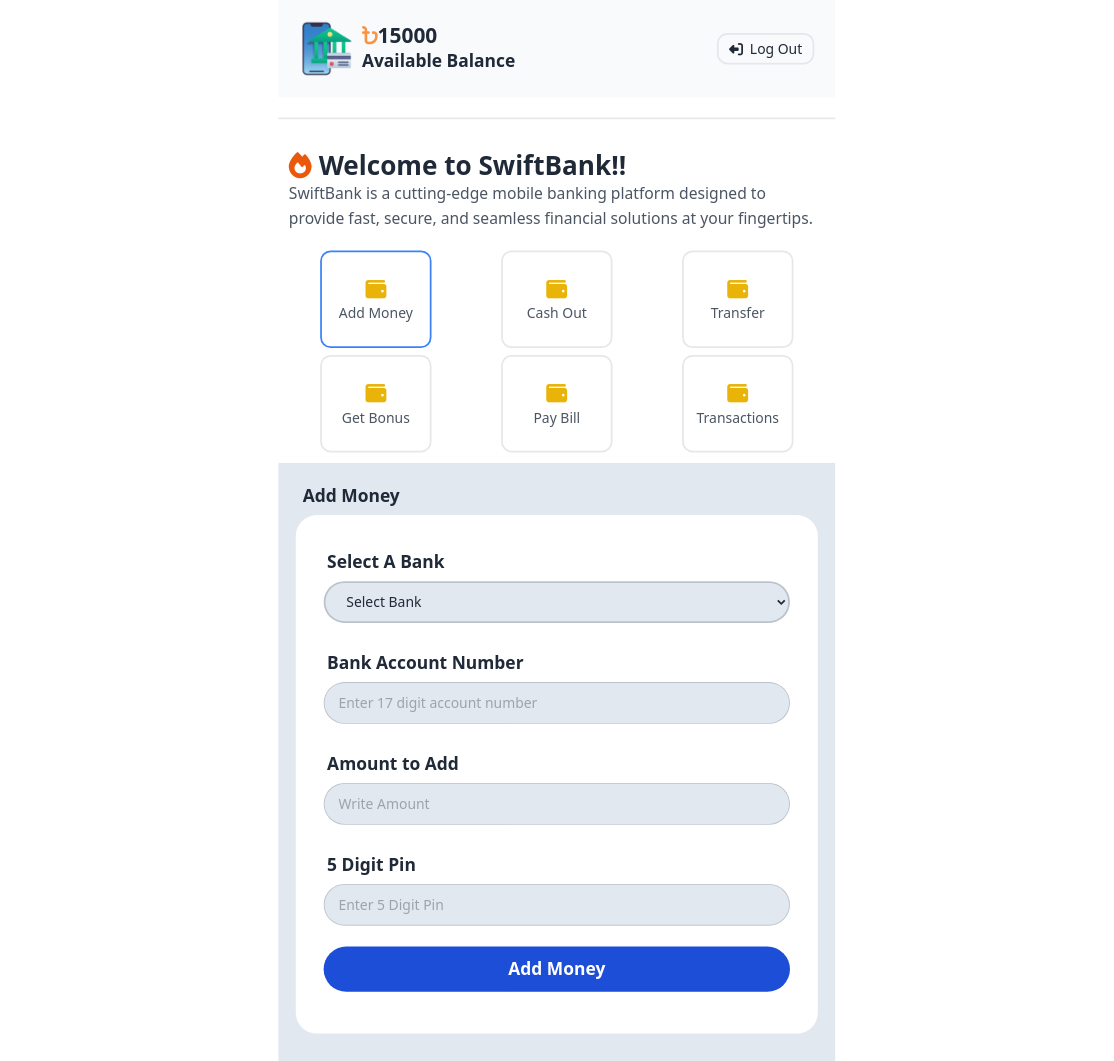
Repository: mukaddam-coder/swift-bank-mobile-banking
Page: home.html
The author's editor kept a copy of each file at every save. The page is drawn from the files as they stood at one save, then again after the next save.
The browser window is 1280 px wide. The pictures show the whole page, at 87% of full size.
Some web libraries are served in a nearby version.

Above is the page before, as saved 2024-12-16 23:26:58.

### home.html
<!DOCTYPE html>
<html lang="en">
<head>
    <meta charset="UTF-8">
    <meta name="viewport" content="width=device-width, initial-scale=1.0">
    <title>SwiftBank</title>
    <!-- Fontawesome CDN -->
    <script src="https://kit.fontawesome.com/c4e7b2ed2f.js" crossorigin="anonymous"></script>
    <!-- Google Fonts -->
    <link rel="preconnect" href="https://fonts.googleapis.com">
    <link rel="preconnect" href="https://fonts.gstatic.com" crossorigin>
    <link href="https://fonts.googleapis.com/css2?family=Montserrat:ital,wght@0,100..900;1,100..900&display=swap" rel="stylesheet">
    <!-- Tailwind + DaisyUi CDN -->
    <link href="https://cdn.jsdelivr.net/npm/daisyui@4.12.19/dist/full.min.css" rel="stylesheet" type="text/css" />
    <script src="https://cdn.tailwindcss.com"></script>

</head>
<body>

<main>
  <div class="w-1/2 mx-auto p-6 bg-slate-50 h-full flex justify-between items-center">
    <div class="flex gap-2">
        <!-- Logo -->
    <div>
    <img class="w-16 h-16" src="images/mobile-banking.png">
    </div>
    <div>
   <h2 class="text-2xl font-bold" id="main-balance">
   <i class="fa-solid fa-bangladeshi-taka-sign text-orange-400"></i>15000</h2>
   <p class="font-semibold text-xl">Available Balance</p>
</div>
</div>
<div>
<button class="border-2 w-28 px-1 py-1 rounded-xl"> <i class="fa-solid fa-right-from-bracket rotate-180 mr-2"></i>Log Out</button>
</div>
        </div>
    <div class="divider w-1/2 mx-auto"></div>
    <!-- Greetings Section -->
        <section class="w-1/2 mx-auto p-3">
            <h1 class="font-bold text-3xl"><i class="fa-solid fa-fire text-orange-600 text-3xl mr-2"></i>Welcome to SwiftBank!!</h1>
            <p class="text-gray-600 text-lg">
                SwiftBank is a cutting-edge mobile banking platform designed to provide fast, secure, and seamless financial solutions at your fingertips.
            </p>
        </section>
     <!-- User Actionable Dashboard -->

     <section class="w-1/2 mx-auto">
        <div class="grid grid-cols-3 p-3 text-center gap-2">
          <div class="button-container">
            <button id="show-add-money-section" class="border-solid border-2 border-blue-500 w-32 h-28 rounded-xl bg-white text-gray-600">
            <p>
              <i class="fa-solid fa-wallet text-yellow-500 text-2xl"></i>
            </p>
            Add Money
           </button>
        </div>
          <div class>
             <button id="show-cash-out-section" class="border-2 w-32 h-28 rounded-xl bg-white text-gray-600">
              <p><i class="fa-solid fa-wallet text-yellow-500 text-2xl"></i></p>
                Cash Out
              </button>
            </div>
          <div>
          <button id="show-money-transfer-section" class="border-2 w-32 h-28 rounded-xl bg-white text-gray-600">
              <p><i class="fa-solid fa-wallet text-2xl text-yellow-500"></i></p>
                Transfer
              </button>
            </div>
          <div class="">
        <button id="show-get-bonus-section" class="border-2 w-32 h-28 rounded-xl bg-white text-gray-600">
            <p><i class="fa-solid fa-wallet text-2xl text-yellow-500"></i></p>
                Get Bonus
            </button>
          </div>
        <div class="">
          <button id="show-pay-bill-section" class="border-2 w-32 h-28 rounded-xl bg-white text-gray-600">
              <p><i class="fa-solid fa-wallet text-2xl text-yellow-500"></i></p>
                      Pay Bill
            </button>
          </div>
        <div class="">
          <button id="show-transaction-history" class="border-2 w-32 h-28 rounded-xl bg-white text-gray-600">
              <p><i class="fa-solid fa-wallet text-2xl text-yellow-500"></i></p>
                      Transactions
              </button>
            </div>

        </div>
      </section>
      <!-- Add Money Section Start -->
      <section id ="add-money-section" class="w-1/2 mx-auto px-5 py-4 bg-slate-200">
        <h2 class="p-2 font-bold text-xl">Add Money</h2>
        <form class="card-body bg-white rounded-3xl">
            <div class="form-control mb-4">
              <label class="label">
                <span class="label-text font-semibold text-xl">Select A Bank</span>
              </label>
              <select id="bank"  class="input-bordered rounded-full bg-slate-200 h-12 px-5 border-2">
                <option value="Select Bank">Select Bank</option>
                <option value="AB Bank PLC">AB Bank PLC</option>
                <option value="Bangladesh Commerce Bank Limited">Bangladesh Commerce Bank Limited</option>
                <option value="Islami Bank Bangladesh PLC">Islami Bank Bangladesh PLC</option>
                <option value="Dutch-Bangla Bank PLC">Dutch-Bangla Bank PLC</option>
                <option value="Jamuna Bank Limited">Jamuna Bank Limited</option>
                <option value="Trust Bank PLC">Trust Bank PLC</option>
              </select>
              </div>
            <div class="form-control mb-4">
              <label class="label">
                <span class="label-text font-semibold text-xl">Bank Account Number</span>
              </label>
              <input id="input-bank-account-field" type="text" placeholder="Enter 17 digit account number" class="input input-bordered rounded-full bg-slate-200" required />
            </div>
            <div class="form-control mb-4">
              <label class="label">
                <span class="label-text font-semibold text-xl">Amount to Add</span>
              </label>
              <input id="input-amount-field" type="text" placeholder="Write Amount" class="input input-bordered rounded-full bg-slate-200" required />
              </div>
            <div class="form-control mb-4">
              <label class="label">
                <span class="label-text font-semibold text-xl">5 Digit Pin</span>
              </label>
              <input id="input-add-money-pin-number" type="password" placeholder="Enter 5 Digit Pin" class="input input-bordered rounded-full bg-slate-200" required />
              </div>
            <div class="form-control mb-4">
              <button id="btn-add-money" class="bg-blue-700 font-bold text-xl text-white p-3 rounded-full">Add Money</button>
            </div>
          </form>
          <!-- Result Message -->
        <p id="result-message" class="text-center font-bold text-lg mt-4"></p>
      </section>
      <!-- Add Money Section End -->

      <!-- Cash Out Section Start -->
      <section id ="cash-out-section" class="hidden w-1/2 mx-auto px-5 py-4 bg-slate-200">
        <h2 class="p-2 font-bold text-xl">Cash Out</h2>
        <form class="card-body bg-white rounded-3xl">
            <div class="form-control mb-4">
              <label class="label">
                <span class="label-text font-semibold text-xl">Agent Number</span>
              </label>
              <input type="number" id="input-cash-out-phone" placeholder="Enter 11 digit number" class="input input-bordered rounded-full bg-slate-200" maxlength="11" required >
              </div>
             <div class="form-control mb-4">
              <label class="label">
                <span class="label-text font-semibold text-xl">Withdrawal Amount</span>
              </label>
              <input id="input-cash-out-field" type="text" placeholder="Write Amount" class="input input-bordered rounded-full bg-slate-200" required />
            </div>
            <div class="form-control mb-4">
              <label class="label">
                <span class="label-text font-semibold text-xl">5 Digit Pin</span>
              </label>
              <input id="input-cash-out-pin-number" type="password" placeholder="Enter 5 Digit Pin" class="input input-bordered rounded-full bg-slate-200" required />
              </div>
          <div class="form-control mb-4">
              <button id="btn-cash-out" class="bg-blue-700 font-bold text-xl text-white p-3 rounded-full">Cash Out</button>
            </div>
          </form>
      </section>
     <!-- Cash Out Section End -->

     <!-- Money Transfer Section Start -->
     <section id ="money-transfer-section" class="hidden w-1/2 mx-auto px-5 py-4 bg-slate-200">
      <h2 class="p-2 font-bold text-xl">Money Transfer</h2>
      <form class="card-body bg-white rounded-3xl">
          <div class="form-control mb-4">
            <label class="label">
              <span class="label-text font-semibold text-xl">User Account Number</span>
            </label>
            <input type="number" id="input-money-transfer-number" placeholder="Enter 11 digit number" class="input input-bordered rounded-full bg-slate-200" maxlength="11" required >
            </div>
           <div class="form-control mb-4">
            <label class="label">
              <span class="label-text font-semibold text-xl">Amount</span>
            </label>
            <input id="input-money-transfer-amount" type="text" placeholder="Enter Amount to transfer" class="input input-bordered rounded-full bg-slate-200" required />
          </div>
          <div class="form-control mb-4">
            <label class="label">
              <span class="label-text font-semibold text-xl">5 Digit Pin</span>
            </label>
            <input id="input-money-transfer-pin" type="password" placeholder="Enter 5 Digit Pin" class="input input-bordered rounded-full bg-slate-200" required />
            </div>
           <div class="form-control mb-4">
            <button id="btn-money-transfer" class="bg-blue-700 font-bold text-xl text-white p-3 rounded-full">Send Now</button>
          </div>
        </form>
    </section>
     <!-- Money Transfer Section End -->

     <!-- Get Bonus Section Start -->
     <section id ="get-bonus-section" class="hidden w-1/2 mx-auto px-5 py-4 bg-slate-200">
      <h2 class="p-2 font-bold text-xl">Get Bonus</h2>
      <form class="card-body bg-white rounded-3xl">
          <div class="form-control mb-4">
            <label class="label">
              <span class="label-text font-semibold text-xl">Bonus Coupon</span>
            </label>
            <input type="text" id="input-bonus-coupon" placeholder="Enter coupon code" class="input input-bordered rounded-full bg-slate-200" maxlength="11" required >
            </div>

           <div class="form-control mb-4">
            <button id="btn-get-bonus" class="bg-blue-700 font-bold text-xl text-white p-3 rounded-full">Get Bonus</button>
          </div>
        </form>
    </section>
     <!-- Get Bonus Section End -->

     <!-- Pay Bill Section Start -->
     <section id ="pay-bill-section" class="hidden w-1/2 mx-auto px-5 py-4 bg-slate-200">
      <h2 class="p-2 font-bold text-xl">Pay Bill</h2>
      <form class="card-body bg-white rounded-3xl">
          <div class="form-control mb-4">
            <label class="label">
              <span class="label-text font-semibold text-xl">Select to Pay</span>
            </label>
            <select id="payment-list"  class="input-bordered rounded-full bg-slate-200 h-12 px-5 border-2">
              <option value="Select option">Select Payment Option</option>
              <option value="Electricity Bill">Electricity Bill</option>
              <option value="Gas Bill">Gas Bill</option>
              <option value="Water Bill">Water Bill</option>
              <option value="Internet Bill">Internet Bill</option>
              <option value="Mobile Recharge">Mobile Recharge</option>
              <option value="Tax Payments">Tax Payments</option>
              <option value="College/University Tuition Fees">College/University Tuition Fees</option>
              <option value="Bus/Train Tickets">Bus/Train Tickets</option>
              <option value="Bus/Train Tickets">Passport or Visa Fees</option>
              <option value="Credit Card Bill Payments">Credit Card Bill Payments</option>
            </select>
            </div>
           <div class="form-control mb-4">
            <label class="label">
              <span class="label-text font-semibold text-xl">Billar Account Number</span>
            </label>
            <input id="input-billar-account-number-field" type="text" placeholder="Enter account number" class="input input-bordered rounded-full bg-slate-200" required />
            </div>
          <div class="form-control mb-4">
            <label class="label">
              <span class="label-text font-semibold text-xl">Amount to Pay</span>
            </label>
            <input id="input-pay-bill-amount-field" type="number" placeholder="Write Amount" class="input input-bordered rounded-full bg-slate-200" required />
            </div>
          <div class="form-control mb-4">
            <label class="label">
              <span class="label-text font-semibold text-xl">5 Digit Pin</span>
            </label>
            <input id="input-pay-bill-pin-number" type="password" placeholder="Enter 5 Digit Pin" class="input input-bordered rounded-full bg-slate-200" required />
            </div>
          <div class="form-control mb-4">
            <button id="btn-pay-bill" class="bg-blue-700 font-bold text-xl text-white p-3 rounded-full">Pay Now</button>
          </div>
        </form>
        <!-- Result Message -->
        <p id="result-message" class="text-center font-bold text-lg mt-4"></p>
    </section>
     <!-- Pay Bill Section End -->

     <!-- Transaction History Start -->
     <section id ="transaction-history-section" class="hidden w-1/2 mx-auto px-5 py-4 bg-slate-200">
      <div class="flex justify-between items-center">
        <h2 class="p-2 font-bold text-xl">Transaction History</h2>
        <p class="p-2">
          <a href="#">View All</a>
        </p>
      </div>

      <div id="transaction-container">

      </div>
    </section>
     <!-- Transaction History End -->
      <script src="Jscript/utilities.js"></script>
      <script src="Jscript/add-money.js"></script>
      <script src="Jscript/cash-out.js"></script>
      <script src="Jscript/features.js"></script>
      <script src="Jscript/money-transfer.js"></script>
      <script src="Jscript/bonus.js"></script>
      <script src="Jscript/pay-bill.js"></script>
       </main>

</body>
</html>

### Jscript/utilities.js
function getInputFieldValueById(id){
    const inputValue = document.getElementById(id).value;
    const inputNumber = parseFloat(inputValue);
    return inputNumber;
}


function getTextFieldValueById(id){
    const textValue = document.getElementById(id).innerText;
    const textNumber = parseFloat(textValue);
    return textNumber;
}

function showSectionById(id){
    // Hide all the section
    document.getElementById('add-money-section').classList.add('hidden');
    document.getElementById('cash-out-section').classList.add('hidden');
    document.getElementById('money-transfer-section').classList.add('hidden');
    document.getElementById('get-bonus-section').classList.add('hidden');
    document.getElementById('pay-bill-section').classList.add('hidden');
//    Show the section with the provided id
    document.getElementById(id).classList.remove('hidden');
};

### Jscript/add-money.js
document.getElementById('btn-add-money').addEventListener('click', function(event){
    event.preventDefault();
   const bankList = document.getElementById('bank').value;
   const addMoney = getInputFieldValueById('input-amount-field');
   const pinNumber = getInputFieldValueById('input-add-money-pin-number');
   const bankAccNumber = getInputFieldValueById('input-bank-account-field');
   const mainBalance = getTextFieldValueById('main-balance');




    if(isNaN(addMoney)){
        alert('Please enter a positive number to add money.');
        return;
    }

    if(addMoney <= 0 ){
        alert('Please enter a positive number to add money.')
    }

   if(pinNumber === 19945 && bankAccNumber >= 6){
        const newBalance = mainBalance + addMoney;
        document.getElementById('main-balance').innerText = newBalance;
        // Get Transaction time
        const transactionTime = new Date();
        const formattedTime = transactionTime.toLocaleString();

        // Add to transaction histoy
       const transactionDiv = document.createElement('div');
               transactionDiv.classList.add('bg-white', 'rounded-xl', 'p-4', 'mb-4');
               transactionDiv.innerHTML = `
                   <div class = "flex justify-between items-center gap-1">
                       <div class="flex w-1/3">
                       <p><i class="fa-solid fa-wallet text-2xl text-yellow-500 rounded-full bg-slate-200 px-3 py-2"></i></p>
                       <h2 class="p-1 font-bold text-xl text-center">Add Money</h2>
                       </div>
                       <div class="flex-1">
                       <p class="text-md"><span class ="font-bold text-green-600">From ${bankList}</span> BDT: ${addMoney} was added to your account, and your new balance is BDT: ${newBalance}</p>
                       <p class="text-sm text-gray-500 font-bold">Transaction Time: ${formattedTime}</p>
                       </div>
                    </div>`;

               // Append transaction to the transaction history container
               document.getElementById('transaction-container').appendChild(transactionDiv);
         }

   else{
    alert('Failed to add money!Please try again.')
   }
})

### Jscript/features.js

// The add money section will show when the add money button is clicked.
document.getElementById('show-add-money-section').addEventListener('click', function(){
    showSectionById('add-money-section');

    const addMoneyButton = document.getElementById('show-add-money-section');
   addMoneyButton.classList.add('border-4', 'border-orange-500', 'ring-2', 'ring-orange-300');
});

// The cash-out section will show when the cash-out button is clicked.
document.getElementById('show-cash-out-section').addEventListener('click', function(){
    showSectionById('cash-out-section')
});

// The money transfer section will show when the money transfer button is clicked.

document.getElementById('show-money-transfer-section').addEventListener('click', function(){
    showSectionById('money-transfer-section');
});


document.getElementById('show-get-bonus-section').addEventListener('click', function(){
    showSectionById('get-bonus-section');
});

document.getElementById('show-pay-bill-section').addEventListener('click', function(){
    showSectionById('pay-bill-section');
});


document.getElementById('show-transaction-history').addEventListener('click', function(){
    showSectionById('transaction-history-section');
})

### Jscript/bonus.js
document.getElementById('btn-get-bonus').addEventListener('click', function(event){
    event.preventDefault();
    const getBonusInput = document.getElementById('input-bonus-coupon').value.trim();
    const mainBalanceText = document.getElementById('main-balance').innerText;
    const mainBalance = parseFloat(mainBalanceText);
    const couponCode = 'BONUS10';

    if(getBonusInput === couponCode){
        const bonusAmount = 100;
        const newBalance = mainBalance + bonusAmount;
        document.getElementById('main-balance').innerText = newBalance;
    }
    else{
        alert('Invalid Coupon Code! Please try again.')
    }
})

### Jscript/pay-bill.js
document.getElementById('btn-pay-bill').addEventListener('click', function(event){
         event.preventDefault();

         const paymentList = document.getElementById('payment-list').value;
         const accountNumber = getInputFieldValueById('input-billar-account-number-field');
         const payBillAmount = getInputFieldValueById('input-pay-bill-amount-field');
         const payBillPin = getInputFieldValueById('input-pay-bill-pin-number');

         const mainBalance = getTextFieldValueById('main-balance');

         if(isNaN(payBillAmount)){
            alert('Please enter a positive number.');
            return;
         }

         if(payBillAmount <= 0){
            alert('Please enter a valid amount greater than 0.');
            return;
         }

         if(payBillAmount > mainBalance){
            alert('You do not have sufficient balance to complete the payment.')
            return;
         }

         if(payBillPin === 19945 && accountNumber === 1629501006323){
            const newBalance = mainBalance - payBillAmount;
            document.getElementById('main-balance').innerText = newBalance;
               // add to transaction history
               const transactionDiv = document.createElement('div');
               transactionDiv.classList.add('bg-white', 'rounded-xl', 'p-4', 'mb-4');
               transactionDiv.innerHTML = `
                   <div class = "flex items-center gap-2">
                       <p><i class="fa-solid fa-wallet text-2xl text-yellow-500 rounded-full bg-slate-200 px-3 py-2"></i></p>
                       <h2 class="p-2 font-bold text-lg">${paymentList}</h2>
                       <p class="text-md">BDT ${payBillAmount} paid for ${paymentList}</p>
                       <p class="text-sm text-gray-600">Payment successful! Remaining Balance: BDT ${newBalance}</p>
                   </div>`;

               // Append transaction to the transaction history container
               document.getElementById('transaction-container').appendChild(transactionDiv);
         }

         else{
            alert('Invalid PIN or Account Number! Please try again.')
         }
})

Loaded but not shown: Jscript/money-transfer.js (54 lines, source omitted); Jscript/cash-out.js (53 lines, source omitted)

After the next save:
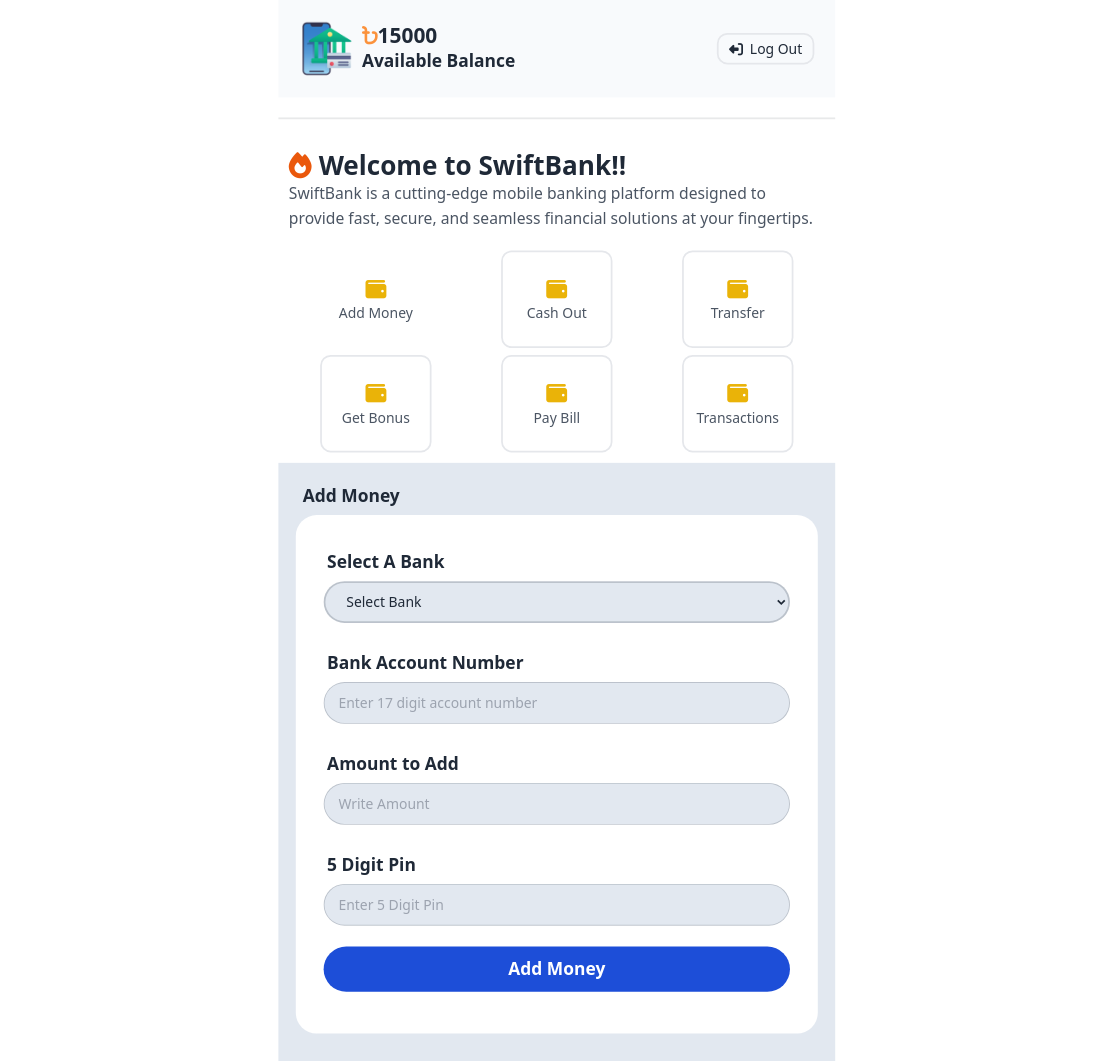
Saved 41 s later.
--- a/home.html
+++ b/home.html
@@ -47,7 +47,7 @@
      <section class="w-1/2 mx-auto">
         <div class="grid grid-cols-3 p-3 text-center gap-2">
           <div class="button-container">
-            <button id="show-add-money-section" class="border-solid border-2 border-blue-500 w-32 h-28 rounded-xl bg-white text-gray-600">
+            <button id="show-add-money-section" class="borfer-2 w-32 h-28 rounded-xl bg-white text-gray-600">
             <p>
               <i class="fa-solid fa-wallet text-yellow-500 text-2xl"></i>
             </p>
